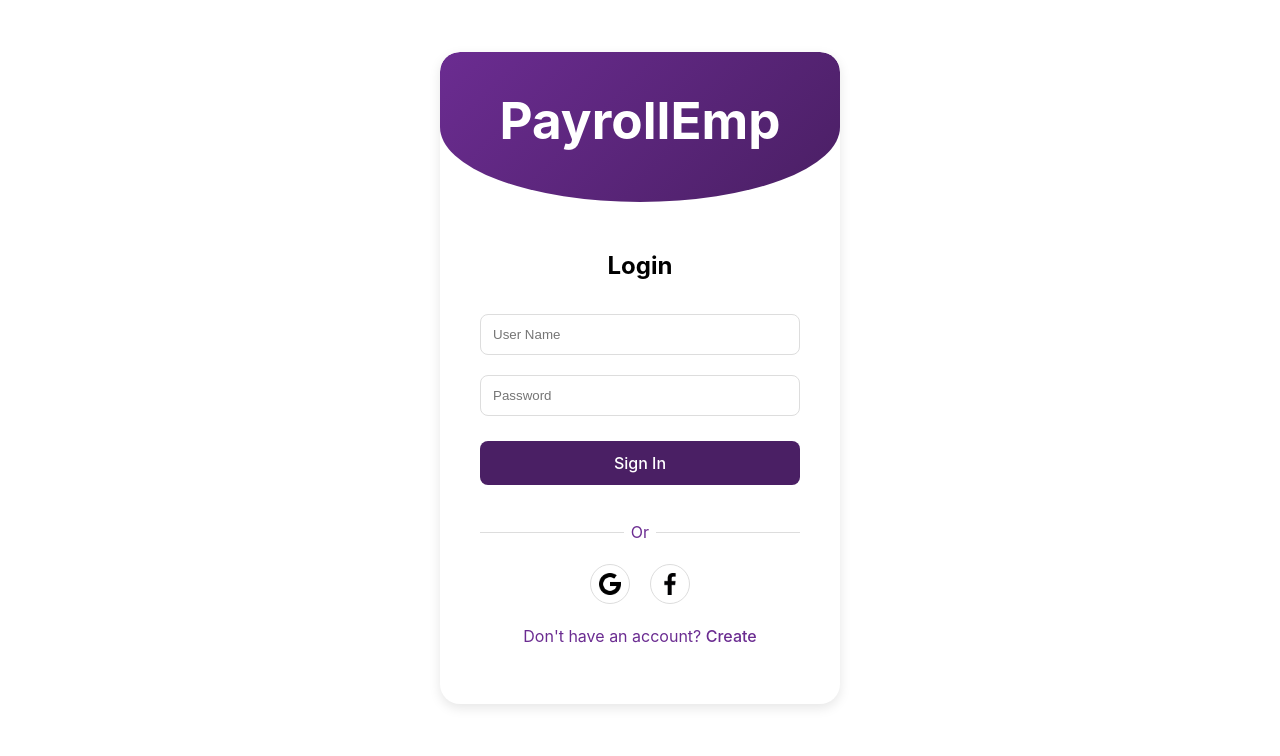
Repository: nino-pixel/payrolllatest
Page: / (app in web_vue/)
The author's editor kept a copy of each file at every save. The page is drawn from the files as they stood at one save, then again after the next save.
The browser window is 1280 px wide. The pictures show the whole page.
The project was rebuilt for these pictures with package versions that can differ from the ones it lists, and the page was loaded fresh each time. Also part of the build but not shown: web_vue/vite.config.js, web_vue/src/components/sign_up.vue.

Above is the page before, as saved 2024-12-18 19:56:20.

After the next save:
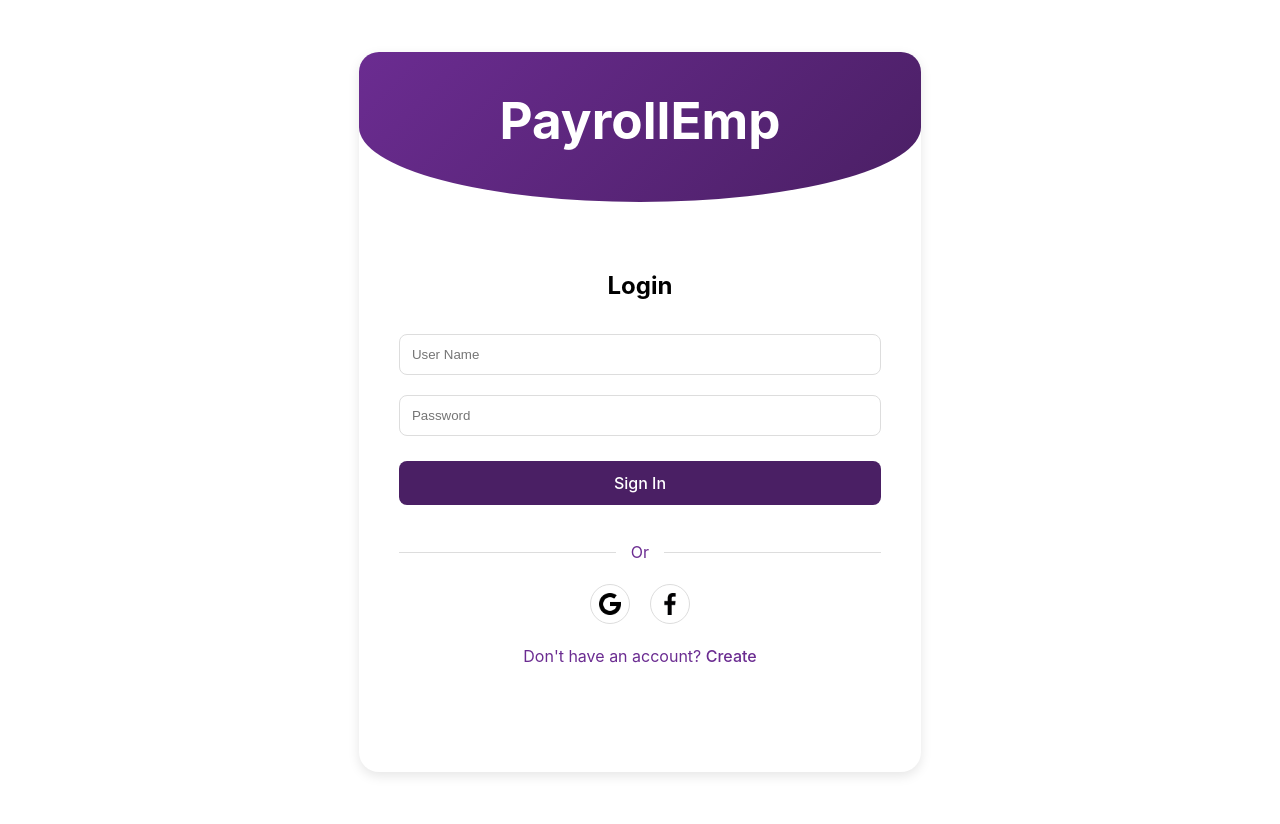
Saved 24 s later.
--- a/web_vue/src/components/login_page.vue
+++ b/web_vue/src/components/login_page.vue
@@ -90,14 +90,17 @@ body {
 }
 
 .login-container {
+  width: 100%;
     position: relative;
-    max-width: 400px;
+    min-height: 100vh;  /* Changed from max-width to min-height */
     margin: 20px auto;
     padding: 20px;
     background: white;
     border-radius: 20px;
     box-shadow: 0 4px 12px rgba(0,0,0,0.1);
-    overflow: hidden;
+    display: flex;      /* Added for better centering */
+    flex-direction: column;
+    align-items: center;
 }
 
 .wave-bg {
